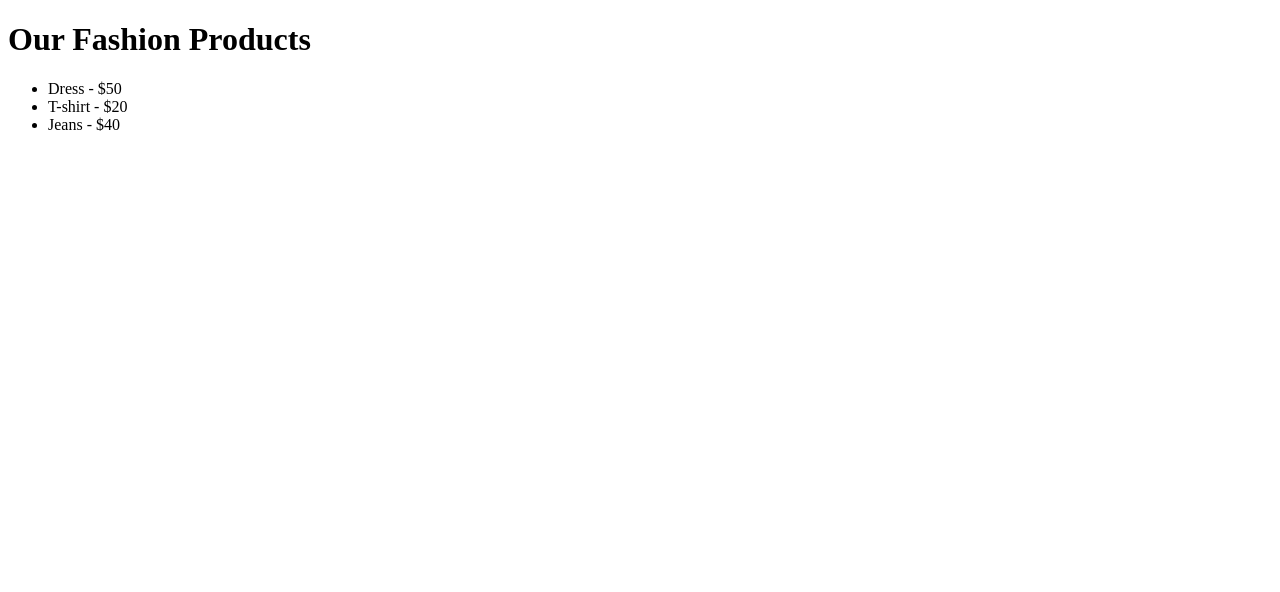
Repository: Thang871/web-thoi-trang
Page: http://localhost/
An editor plug-in stored every save of this project. The page is shown before and after the next save, followed by the edit.
The browser window is 1280 px wide. The pictures show the whole page.
The page is served by the project's application, run on Flask 3 (app.py).

Above is the page before, as saved 2024-11-25 08:13:23.

After the next save:
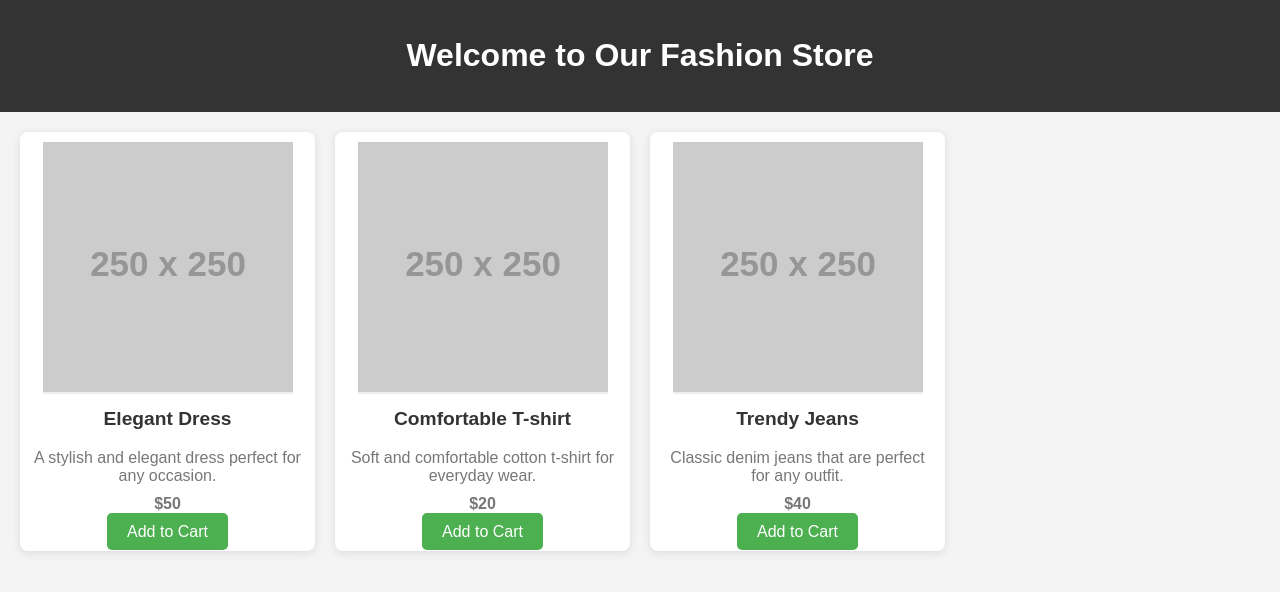
Saved 5 s later.
--- a/templates/products.html
+++ b/templates/products.html
@@ -3,14 +3,104 @@
 <head>
     <meta charset="UTF-8">
     <meta name="viewport" content="width=device-width, initial-scale=1.0">
-    <title>Our Products</title>
+    <title>Our Fashion Products</title>
+    <style>
+        body {
+            font-family: Arial, sans-serif;
+            background-color: #f4f4f4;
+            margin: 0;
+            padding: 0;
+        }
+        header {
+            background-color: #333;
+            color: white;
+            text-align: center;
+            padding: 1em;
+        }
+        .product-container {
+            display: grid;
+            grid-template-columns: repeat(auto-fill, minmax(250px, 1fr));
+            gap: 20px;
+            padding: 20px;
+        }
+        .product {
+            background: white;
+            border-radius: 8px;
+            box-shadow: 0 2px 10px rgba(0, 0, 0, 0.1);
+            overflow: hidden;
+            text-align: center;
+            padding: 10px;
+        }
+        .product img {
+            max-width: 100%;
+            height: auto;
+            border-bottom: 2px solid #eee;
+        }
+        .product h3 {
+            color: #333;
+            font-size: 1.2em;
+            margin-top: 10px;
+        }
+        .product p {
+            color: #777;
+            font-size: 1em;
+            margin: 10px 0;
+        }
+        .price {
+            color: #e91e63;
+            font-size: 1.4em;
+            font-weight: bold;
+        }
+        .btn-add-to-cart {
+            background-color: #4CAF50;
+            color: white;
+            padding: 10px 20px;
+            border: none;
+            border-radius: 5px;
+            cursor: pointer;
+            text-decoration: none;
+        }
+        .btn-add-to-cart:hover {
+            background-color: #45a049;
+        }
+    </style>
 </head>
 <body>
-    <h1>Our Fashion Products</h1>
-    <ul>
-        <li>Dress - $50</li>
-        <li>T-shirt - $20</li>
-        <li>Jeans - $40</li>
-    </ul>
+
+    <!-- Header -->
+    <header>
+        <h1>Welcome to Our Fashion Store</h1>
+    </header>
+
+    <!-- Product Grid -->
+    <div class="product-container">
+        <!-- Product 1 -->
+        <div class="product">
+            <img src="https://via.placeholder.com/250x250" alt="Dress">
+            <h3>Elegant Dress</h3>
+            <p>A stylish and elegant dress perfect for any occasion.</p>
+            <p class="price">$50</p>
+            <a href="#" class="btn-add-to-cart">Add to Cart</a>
+        </div>
+
+        <!-- Product 2 -->
+        <div class="product">
+            <img src="https://via.placeholder.com/250x250" alt="T-shirt">
+            <h3>Comfortable T-shirt</h3>
+            <p>Soft and comfortable cotton t-shirt for everyday wear.</p>
+            <p class="price">$20</p>
+            <a href="#" class="btn-add-to-cart">Add to Cart</a>
+        </div>
+
+        <!-- Product 3 -->
+        <div class="product">
+            <img src="https://via.placeholder.com/250x250" alt="Jeans">
+            <h3>Trendy Jeans</h3>
+            <p>Classic denim jeans that are perfect for any outfit.</p>
+            <p class="price">$40</p>
+            <a href="#" class="btn-add-to-cart">Add to Cart</a>
+        </div>
+    </div>
+
 </body>
 </html>
